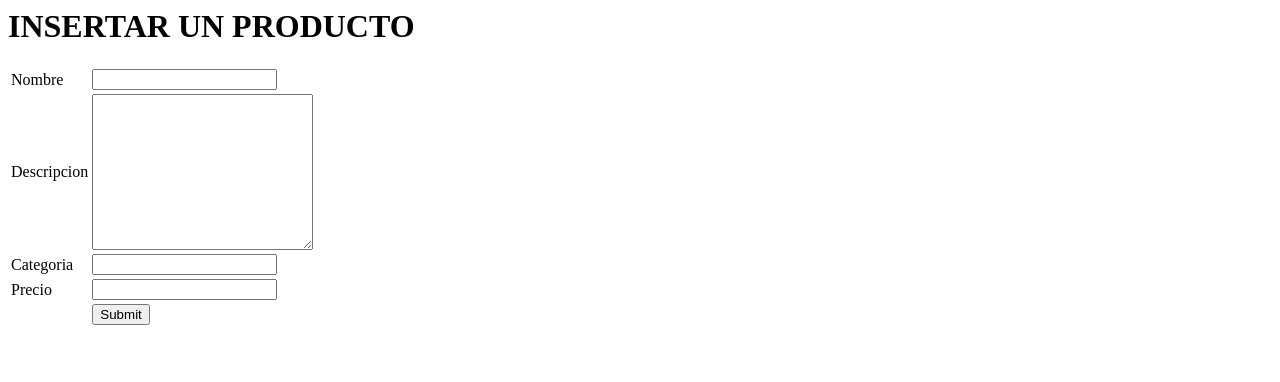
Repository: R0ger130296/pdo_PHP
Page: insertar.html
These files come from the project's save history. The page is drawn as it stood at one moment and after the next save; the edit follows.
The browser window is 1280 px wide. The pictures show the whole page.

Above is the page before, as saved 2019-01-16 21:43:00.

### insertar.html

<html>
 <head>
	<title>Insertar</title>
 </head>
  <body>
	<h1>INSERTAR UN PRODUCTO</h1>
	<form method ="post" action="Controlador/insertar.php">
		<table>
		<tr>
		<td>Nombre</td>
		<td><input type="texto" name="nombre"></input>
		</tr>

		<tr>
		<td>Descripcion</td>
		<td><textarea ="textarea" rows="10" cols="25" name="descriocion"></textarea></td>
		</tr>


		<tr>
		<td>Categoria</td>
		<td><input type="texto" name="categoria"></input>
		</tr>

		<tr>
		<td>Precio</td>
		<td><input type="texto" name="Precio"></input>
		</tr>


		<tr>
		<td></td>
		<td><input type="submit" name="Guardar"></input>
		</tr>

		<table>
          </form>
     </body>
<html>

After the next save:
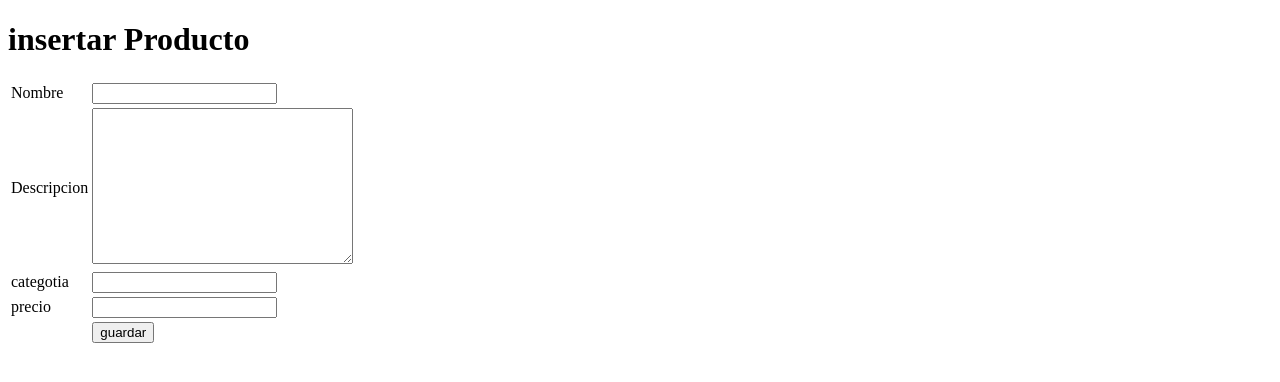
Saved 36 s later.
--- a/insertar.html
+++ b/insertar.html
@@ -1,40 +1,55 @@
-
-<html>
- <head>
-	<title>Insertar</title>
- </head>
-  <body>
-	<h1>INSERTAR UN PRODUCTO</h1>
-	<form method ="post" action="Controlador/insertar.php">
-		<table>
-		<tr>
-		<td>Nombre</td>
-		<td><input type="texto" name="nombre"></input>
-		</tr>
-
-		<tr>
-		<td>Descripcion</td>
-		<td><textarea ="textarea" rows="10" cols="25" name="descriocion"></textarea></td>
-		</tr>
-
-
-		<tr>
-		<td>Categoria</td>
-		<td><input type="texto" name="categoria"></input>
-		</tr>
-
-		<tr>
-		<td>Precio</td>
-		<td><input type="texto" name="Precio"></input>
-		</tr>
-
-
-		<tr>
-		<td></td>
-		<td><input type="submit" name="Guardar"></input>
-		</tr>
-
-		<table>
-          </form>
-     </body>
-<html>
+<!DOCTYPE html>
+<html lang="en">
+<head>
+    <meta charset="UTF-8">
+    <meta name="viewport" content="width=device-width, initial-scale=1.0">
+    <meta http-equiv="X-UA-Compatible" content="ie=edge">
+    <title>Metodo Insertar Soy Roger</title>
+</head>
+<body>
+    <h1>insertar Producto</h1>
+    <form method='POST' action="controlador/insertar.php">
+        <table>
+            <tr>
+                <td>
+                    Nombre
+                </td>
+                <td>
+                    <input type="text" name="nombre">
+                </td>
+            </tr>
+            <tr>
+                <td>
+                    Descripcion
+                </td>
+                <td>
+                    <textarea type="textarea" rows= "10" cols="30"name="descripcion"></textarea>
+                </td>
+            </tr>
+            <tr>
+                <td>
+                    categotia
+                </td>
+                <td>
+                    <input type="text" name="categoria">
+                </td>
+            </tr>
+            <tr>
+                <td>
+                    precio
+                </td>
+                <td>
+                    <input type="text" name="precio">
+                </td>
+            </tr>
+             <tr>
+                <td>
+                </td>
+                <td>
+                    <input type="submit" value="guardar">
+                </td>
+            </tr>
+        </table>
+    </form>
+</body>
+</html>
